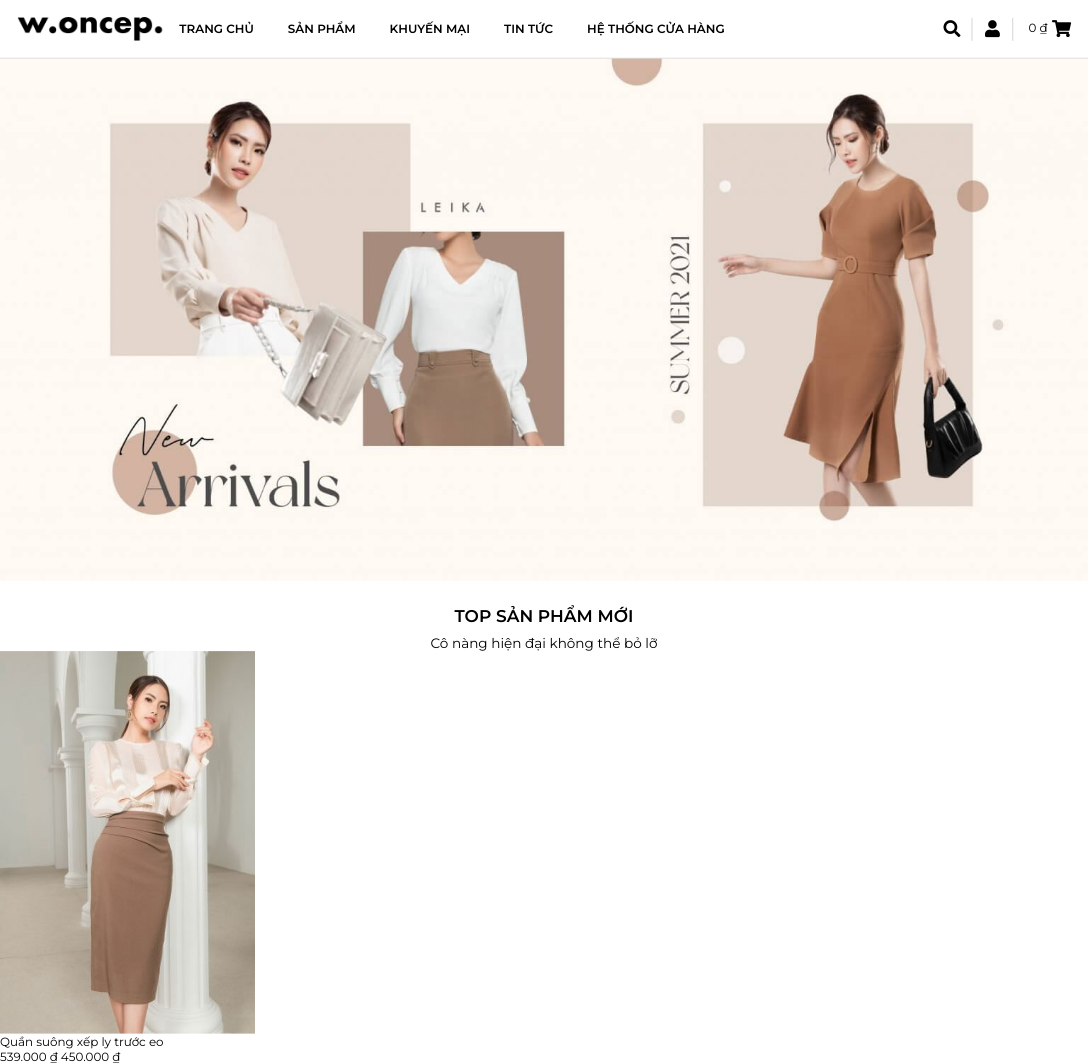
Repository: Nguyenductuan-dev/bt_j2team
Page: index.html
An editor plug-in stored every save of this project. The page is shown before and after the next save, followed by the edit.
The browser window is 1280 px wide. The pictures show the whole page, at 85% of full size.

Above is the page before, as saved 2021-12-12 01:58:56.

### index.html
<!DOCTYPE html>
<html lang="en">
<head>
    <meta charset="UTF-8">
    <meta http-equiv="X-UA-Compatible" content="IE=edge">
    <meta name="viewport" content="width=device-width, initial-scale=1.0">
    <link rel="stylesheet" href="css/style.css">
    <link rel="stylesheet" href="./fonts/fontawesome-free-5.15.3-web/css/all.min.css">

    <link rel="preconnect" href="https://fonts.googleapis.com">
    <link rel="preconnect" href="https://fonts.gstatic.com" crossorigin>
    <link href="https://fonts.googleapis.com/css2?family=Montserrat:ital,wght@0,200;0,300;0,400;0,500;0,600;0,700;1,600&display=swap" rel="stylesheet">
    <title>Document</title>
</head>
<body>

    <div class="wrapper">

        <!-- HEADER -->
        <div class="header">

            <div class="header__logo">
                <a class="header__logo_link" href="">
                    <img class="header__logo_img" src="./images/logo.png" alt="">
                </a>
            </div>

            <nav class="header__navbar">
                <ul class="header__navbar_list">
                    <li class="header__navbar_item">
                        <a href="" class="header__navbar_link">Trang chủ</a>
                    </li>
                    <li class="header__navbar_item">
                        <a href="" class="header__navbar_link">Sản phẩm</a>
                    </li>
                    <li class="header__navbar_item">
                        <a href="" class="header__navbar_link">Khuyến mại</a>
                    </li>
                    <li class="header__navbar_item">
                        <a href="" class="header__navbar_link">Tin tức</a>
                    </li>
                    <li class="header__navbar_item">
                        <a href="" class="header__navbar_link">hệ thống cửa hàng</a>
                    </li>
                </ul>
            </nav>

            <div class="header__right">
                <div class="header__search">
                    <i class="fas fa-search header__search-icon"></i>
                </div>

                <div class="header__user">
                    <i class="fas fa-user header__user-icon"></i>
                </div>

                <div class="header__cart">
                    <div class="header__cart_price">
                        0 ₫
                    </div>
                    <div class="header__cart">
                        <i class="fas fa-shopping-cart header__cart_icon"></i>
                    </div>
                </div>
            </div>

        </div>

        <!-- CONTAINER -->
        <div class="container">

            <div class="banner">
                <div class="banner__link">
                    <img src="./images/banner.jpg" alt="" class="banner__img">
                </div>
            </div>

            <div class="home__product">
                <div class="home__product-heading">
                    <h3 class="home__product-heading-title">
                        TOP SẢN PHẨM MỚI
                    </h3>
                    <p class="home__product-heading-description">
                        Cô nàng hiện đại không thể bỏ lỡ
                    </p>
                </div>
                <div class="home__product-list">
                    <div class="home__product-item">
                        <a href="" class="home__product-item__link">
                            <img src="./images/product1.jpg" alt="" class="home__product-item__img">
                        </a>

                        <a href="">
                            <p class="home__product-item__title">
                                Quần suông xếp ly trước eo
                            </p>
                        </a>
                        <div class="home__product-item__price">
                            <span class="home-product-item__price-old">539.000 ₫</span>
                            <span class="home-product-item__price-current">450.000 ₫</span>
                        </div>

                    </div>
                </div>
            </div>

        </div>

    </div>

    <script src="javascript/main.js"></script>
</body>
</html>

### css/style.css
* {
    margin: 0;
    padding: 0;
    box-sizing: border-box;
    outline: 0;
}

img {
    display: block;
    max-width: 100%;
}

a {
    text-decoration: none;
    color: inherit;
}

h1, h2, h3, h4, h5, h6 {
    font-size: 14px;
    font-weight: 400;
}

p, ul {
    margin: 0;
    padding: 0;
}

body {
    font-family: "Montserrat", sans-serif;
    font-weight: 400;
    font-size: 14px;
}


.header {
    display: flex;
    justify-content: space-between;
    align-items: center;
    padding: 20px;
    flex-wrap: wrap;
    border-bottom: 1px solid #ccc;
}
.header__navbar {
    flex: 1;
}

.header__navbar_list {
    display: flex;
    list-style: none;
    font-size: 14px;
    text-transform: uppercase;
    font-weight: 600;
}
.header__navbar_item {
    padding: 0 20px;
}

.header__right {
    display: flex;
    justify-content: space-between;
    flex-wrap: wrap;
    width: 150px;
    align-items: center;
}

.header__search-icon,
.header__user-icon,
.header__cart_icon{
    font-size: 20px;
    font-weight: 300;
}
.header__cart {
    display: flex;
    justify-content: space-between;

}
.header__user {
    padding: 3px 15px;
    border-left: 1px solid #ccc;
    border-right: 1px solid #ccc;

}
.header__cart_price {
    padding: 0 5px;
    font-size: 14px;
}

/* CONTAINER */
.home__product {
    margin-top: 30px;
}
.home__product-heading {
    text-align: center;
}
.home__product-heading-title {
    font-size: 20px;
    font-weight: 600;
    text-transform: uppercase;
    margin-bottom: 10px;
}

.home__product-heading-description {
    font-size: 16px;
}

Loaded but not shown: fonts/fontawesome-free-5.15.3-web/css/all.min.css (library); javascript/main.js (no stored copy; drawn as an empty file)

After the next save:
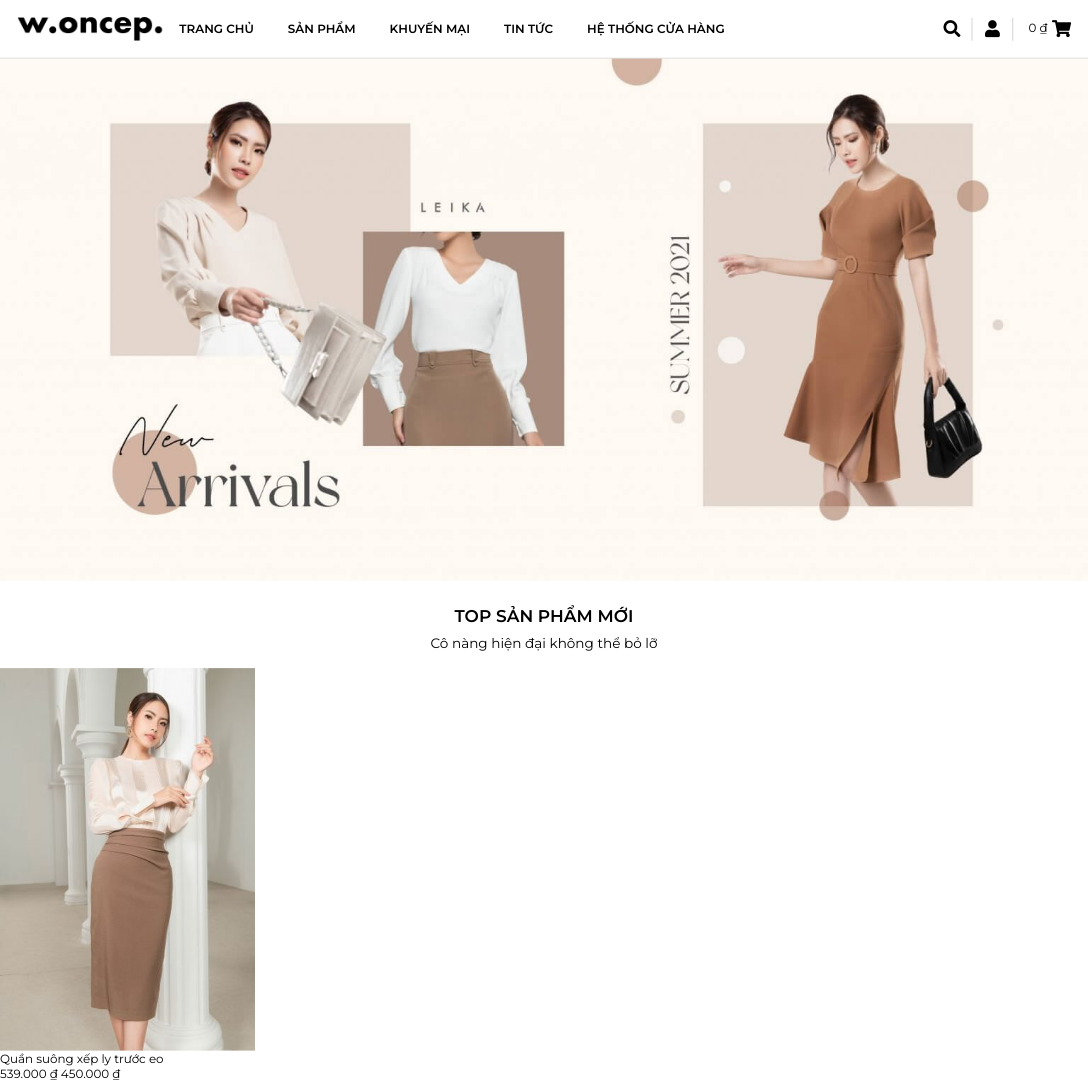
Saved 10 min 15 s later.
--- a/css/style.css
+++ b/css/style.css
@@ -102,3 +102,7 @@
 .home__product-heading-description {
     font-size: 16px;
 }
+
+.home__product-list {
+    margin-top:  20px;
+}
